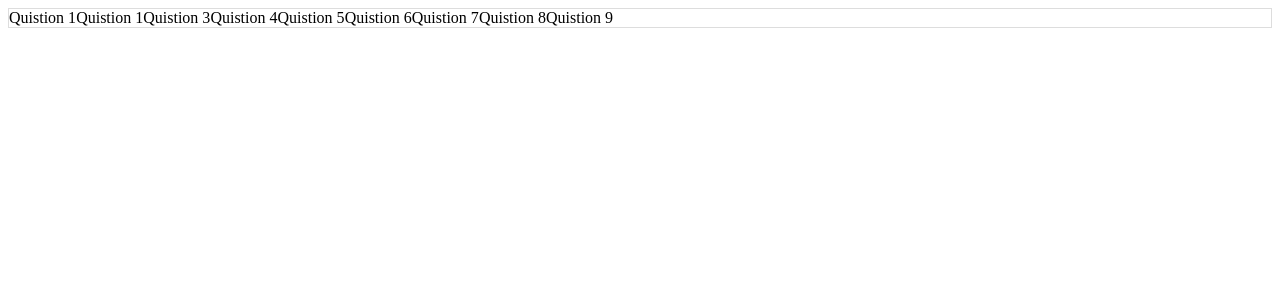
Repository: special4Party/Graduation-project-wedding-hall
Page: include/temp/test.html
An editor plug-in stored every save of this project. The page is shown before and after the next save, followed by the edit.
The browser window is 1280 px wide. The pictures show the whole page.

Above is the page before, as saved 2022-04-29 23:51:59.

### include/temp/test.html
<!DOCTYPE html>
<html lang="en">
<head>
    <meta charset="UTF-8">
    <title>Quistion to Admin page</title>
    <link rel="stylesheet" href="/layout/css/test.css">
</head>
<body>
    <div class="wrapper">
        <div class="item">Quistion 1</div>
        <div class="item">Quistion 1</div>
        <div class="item">Quistion 3</div>
        <div class="item">Quistion 4</div>
        <div class="item">Quistion 5</div>
        <div class="item">Quistion 6</div>
        <div class="item">Quistion 7</div>
        <div class="item">Quistion 8</div>
        <div class="item">Quistion 9</div>
    </div>
</body>
</html>

### layout/css/test.css
.wrapper{
    max-height: 120px;
    border: 1px solid #ddd;
    display: flex;
    overflow-x: auto;
}
.wrapper .item{

}

After the next save:
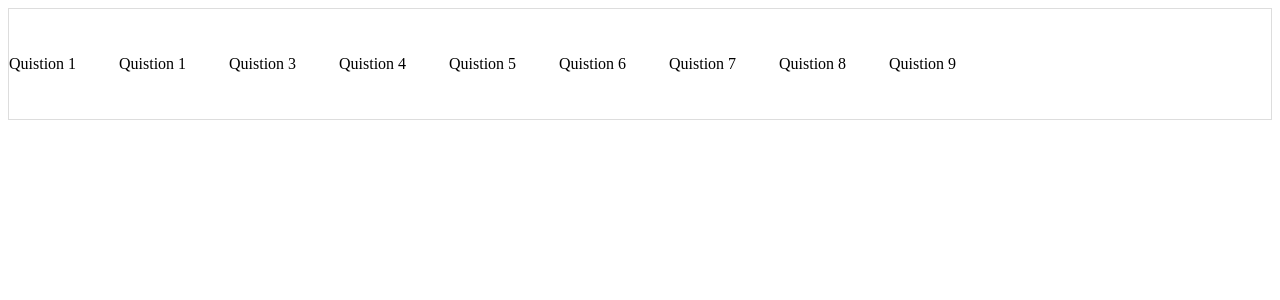
Saved 30 s later.
--- a/layout/css/test.css
+++ b/layout/css/test.css
@@ -5,5 +5,7 @@
     overflow-x: auto;
 }
 .wrapper .item{
-
+    min-width: 110px;
+    height: 110px;
+    line-height: 110px;
 }
